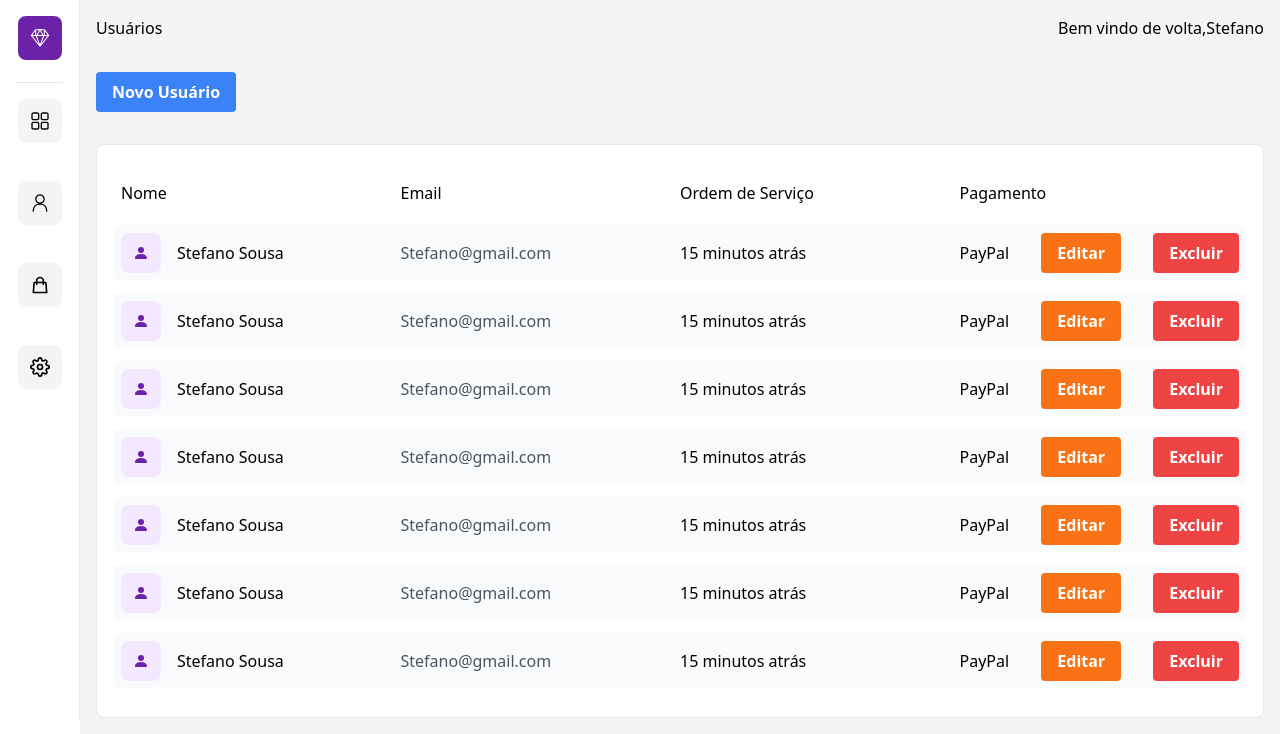
Repository: stefanosousaa/dashboard-next13
Page: /costumers
The author's editor kept a copy of each file at every save. The page is drawn from the files as they stood at one save, then again after the next save.
The browser window is 1280 px wide. The pictures show the whole page.
The project was rebuilt for these pictures with package versions that can differ from the ones it lists, and the page was loaded fresh each time. The framework's server and built-in components were replaced by stand-ins that run in the browser. Also part of the build but not shown: next.config.js.

Above is the page before, as saved 2023-05-18 18:10:13.

After the next save:
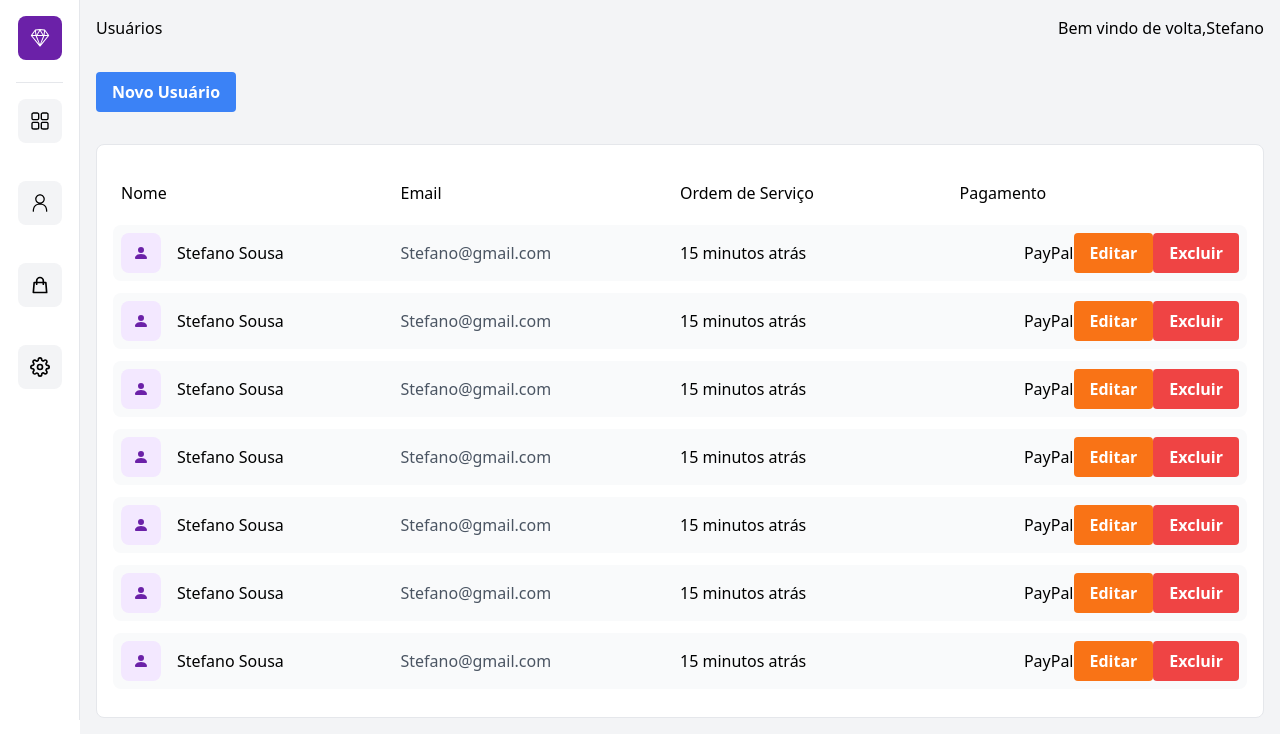
Saved 45 s later.
--- a/pages/costumers.jsx
+++ b/pages/costumers.jsx
@@ -31,7 +31,7 @@
                       </div>
                       <p className='text-gray-600 sm:text-left text-right'>{order.name.first}@gmail.com</p>
                       <p className='hidden md:flex'>{order.date}</p>
-                      <div className='sm:flex hidden justify-between items-center'>
+                      <div className='sm:flex hidden justify-end items-center'>
                         <p>{order.method}</p>
                         <button className='bg-orange-500 hover:bg-orange-700 text-white font-bold py-2 px-4 rounded'>Editar</button>
                         <button className='bg-red-500 hover:bg-red-700 text-white font-bold py-2 px-4 rounded'>Excluir</button>

After the save that followed:
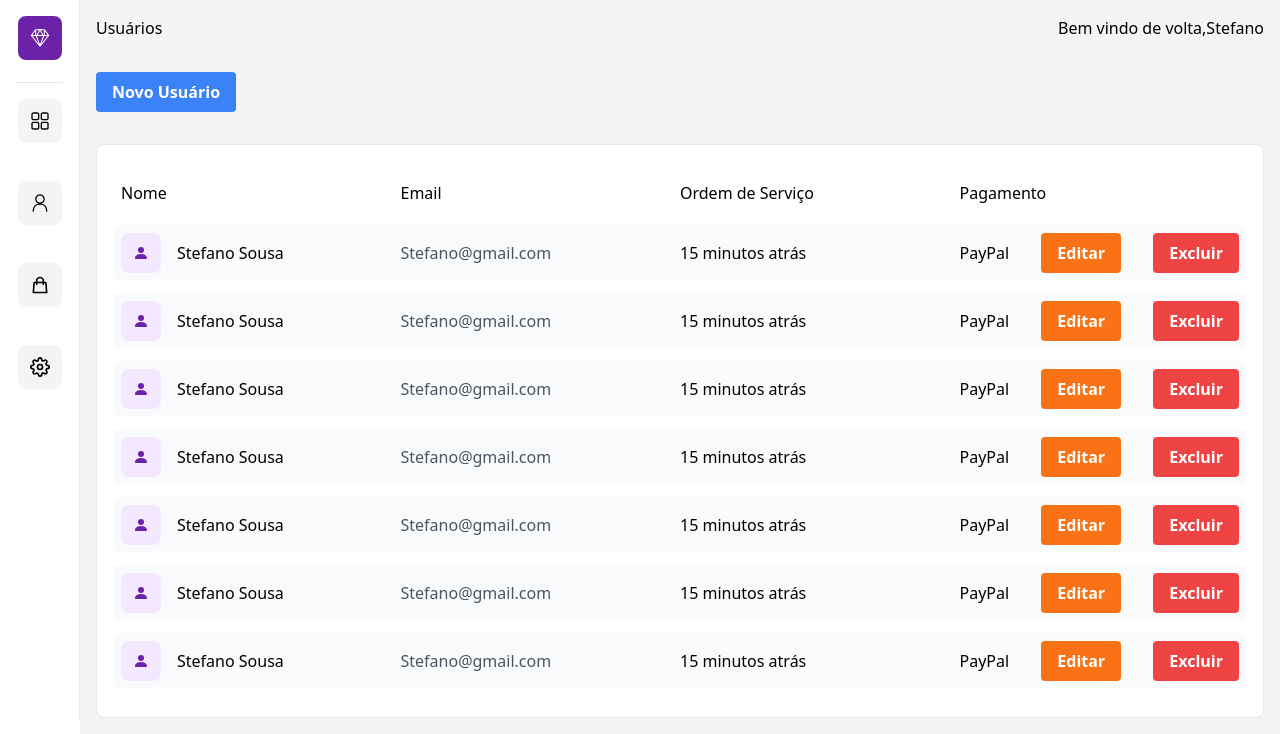
Saved 39 s later.
--- a/pages/costumers.jsx
+++ b/pages/costumers.jsx
@@ -31,7 +31,7 @@
                       </div>
                       <p className='text-gray-600 sm:text-left text-right'>{order.name.first}@gmail.com</p>
                       <p className='hidden md:flex'>{order.date}</p>
-                      <div className='sm:flex hidden justify-end items-center'>
+                      <div className='sm:flex hidden justify-between items-center'>
                         <p>{order.method}</p>
                         <button className='bg-orange-500 hover:bg-orange-700 text-white font-bold py-2 px-4 rounded'>Editar</button>
                         <button className='bg-red-500 hover:bg-red-700 text-white font-bold py-2 px-4 rounded'>Excluir</button>
